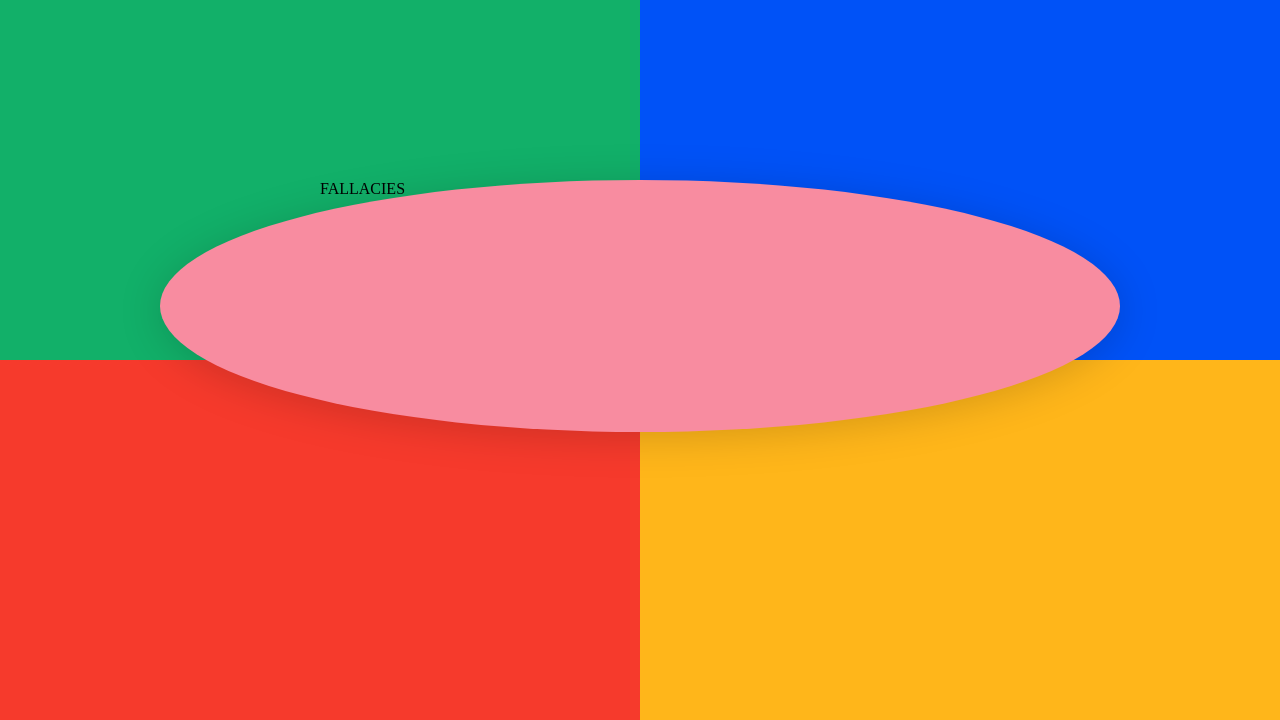
Repository: yafugray/fallacies
Page: project/Midterm project/index.html
These files come from the project's save history. The page is drawn as it stood at one moment and after the next save; the edit follows.
The browser window is 1280 px wide. The pictures show the whole page.

Above is the page before, as saved 2020-03-12 14:50:35.

### project/Midterm project/index.html
<!DOCTYPE html>
<html lang="en">
<head>
    <meta charset="UTF-8">
    <meta name="viewport" content="width=device-width, initial-scale=1.0">
    <title>Fallacies</title>
    <link href="app.css" rel="stylesheet">
</head>
<body>
    <div id="Mainpage">
        <div id="rec1"></div>
        <div id="rec2"></div>
        <div id="rec3"></div>
        <div id="rec4"></div>
        <div id="group1">
            <svg class="ellipse">
                <ellipse fill="rgba(248,140,160,1)" id="Ellipse_8" rx="75%" ry="50%" cx="50%" cy="50%">
                </ellipse>
            </svg>
            <div id="fallacies">
                <span>FALLACIES</span>
            </div>
        </div>
    </div>
</body>
</html>

### project/Midterm project/app.css
* {
    margin: 0;
    padding: 0;
    box-sizing: border-box;
    border: none;
}

#Mainpage {
    position: absolute;
    width: 100vw;
    height: 100vh;
    background-color: azure;
    overflow: hidden;
}
@keyframes fadein {

    0% {
        opacity: 0;
    }
    100% {
        opacity: 1;
    }

}

#rec1 {
	position: absolute;
	overflow: visible;
	width: 50vw;
	height: 50vh;
	left: 0px;
    top: 0px;
    background-color: rgba(18,176,105,1);
}
#rec4 {
	position: absolute;
	overflow: visible;
	width: 50vw;
	height: 50vh;
	left: 0px;
    bottom: 0px;
    background-color: rgba(246,58,44,1);
}
#rec2 {
	position: absolute;
	overflow: visible;
	width: 50vw;
	height: 50vh;
	right: 0px;
    top: 0px;
    background-color: rgba(0,82,247,1);
}
#rec3 {
	position: absolute;
	overflow: visible;
	width: 50vw;
	height: 50vh;
	right: 0px;
    bottom: 0px;
    background-color: rgba(255,182,26,1);
}

#group1 {
    position: absolute;
	width: 70vw;
	height: 35vh;
    left: 25%;
    right: 25%;
    top: 25%;
    bottom: 25%;
	overflow: visible;
	--web-animation: fadein 0.3s ease-out;
	--web-action-type: page;
	--web-action-target: custom___2.html;
	cursor: pointer;
}

.ellipse {
    filter: drop-shadow(0px 5px 20px rgba(0, 0, 0, 0.161));
	position: absolute;
	overflow: visible;
	width: 50vw;
	height: 35vh;
    left: 0px;
    right:0px;
    top: 0px;
    bottom: 0px;
}

After the next save:
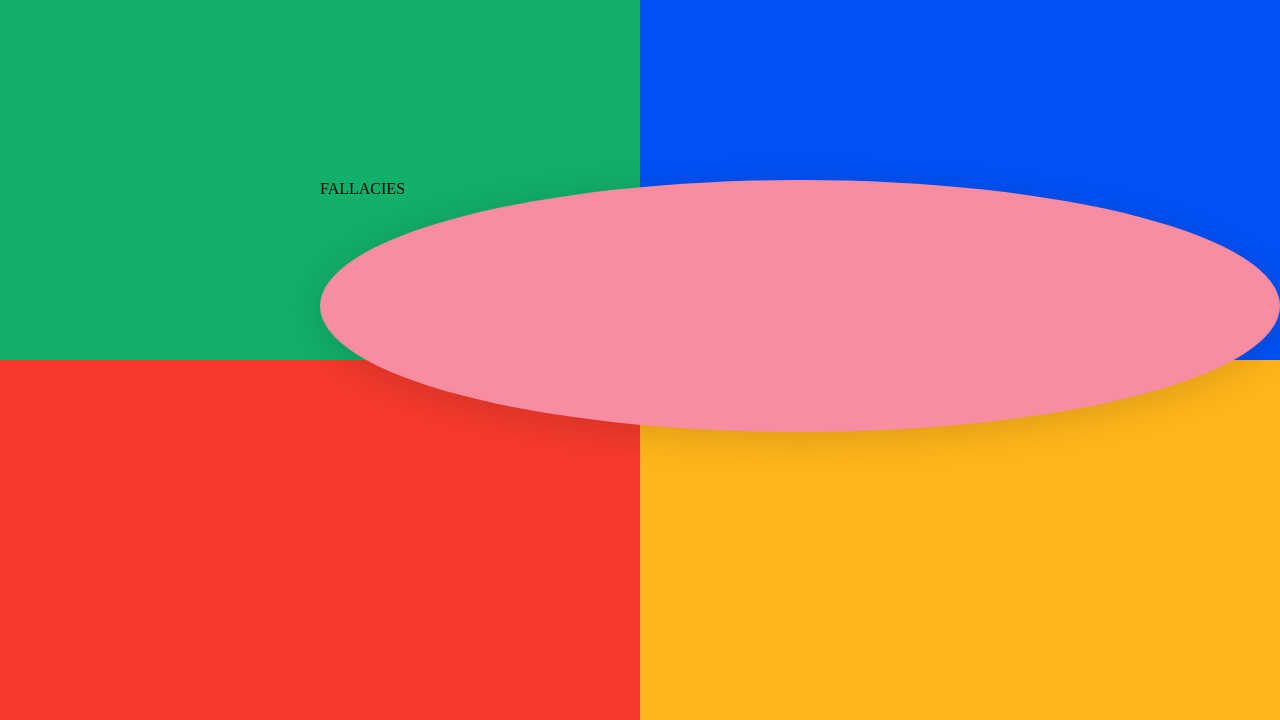
Saved 6 s later.
--- a/project/Midterm project/index.html
+++ b/project/Midterm project/index.html
@@ -14,7 +14,7 @@
         <div id="rec4"></div>
         <div id="group1">
             <svg class="ellipse">
-                <ellipse fill="rgba(248,140,160,1)" id="Ellipse_8" rx="75%" ry="50%" cx="50%" cy="50%">
+                <ellipse fill="rgba(248,140,160,1)" id="Ellipse_8" rx="75%" ry="50%" cx="75%" cy="50%">
                 </ellipse>
             </svg>
             <div id="fallacies">

After the save that followed:
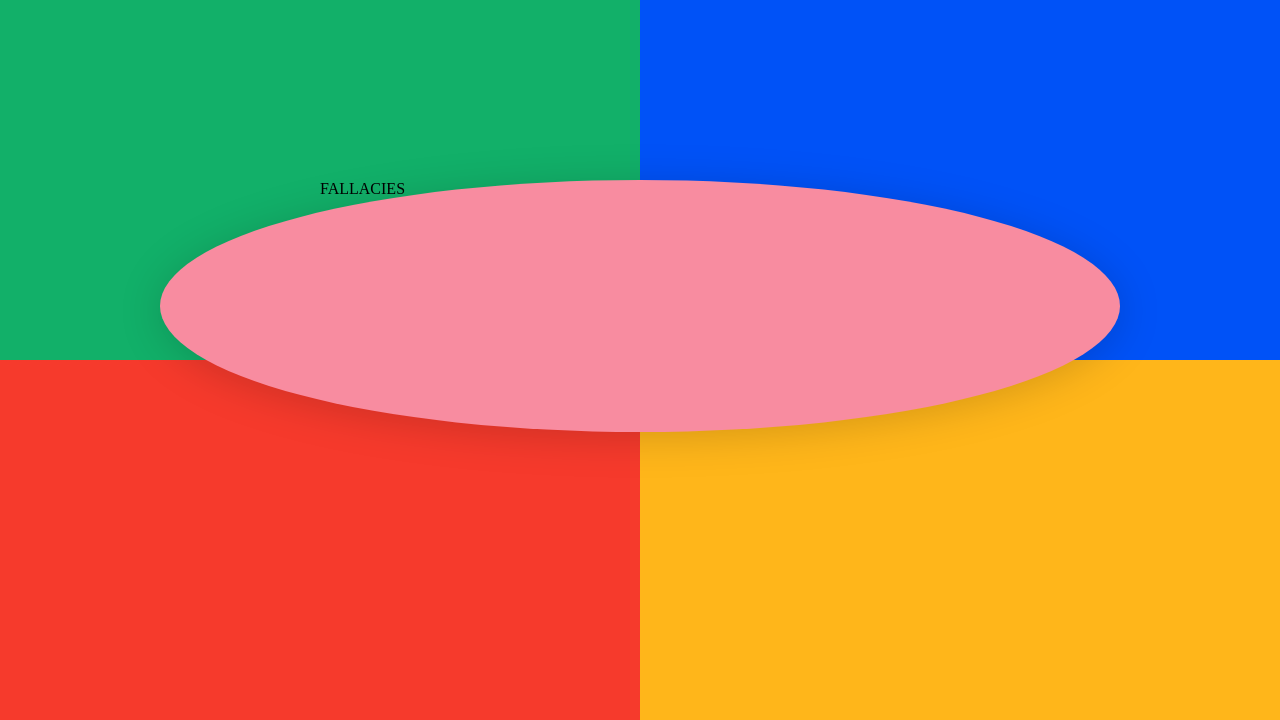
Saved 6 s later.
--- a/project/Midterm project/index.html
+++ b/project/Midterm project/index.html
@@ -14,7 +14,7 @@
         <div id="rec4"></div>
         <div id="group1">
             <svg class="ellipse">
-                <ellipse fill="rgba(248,140,160,1)" id="Ellipse_8" rx="75%" ry="50%" cx="75%" cy="50%">
+                <ellipse fill="rgba(248,140,160,1)" id="Ellipse_8" rx="75%" ry="50%" cx="50%" cy="50%">
                 </ellipse>
             </svg>
             <div id="fallacies">
